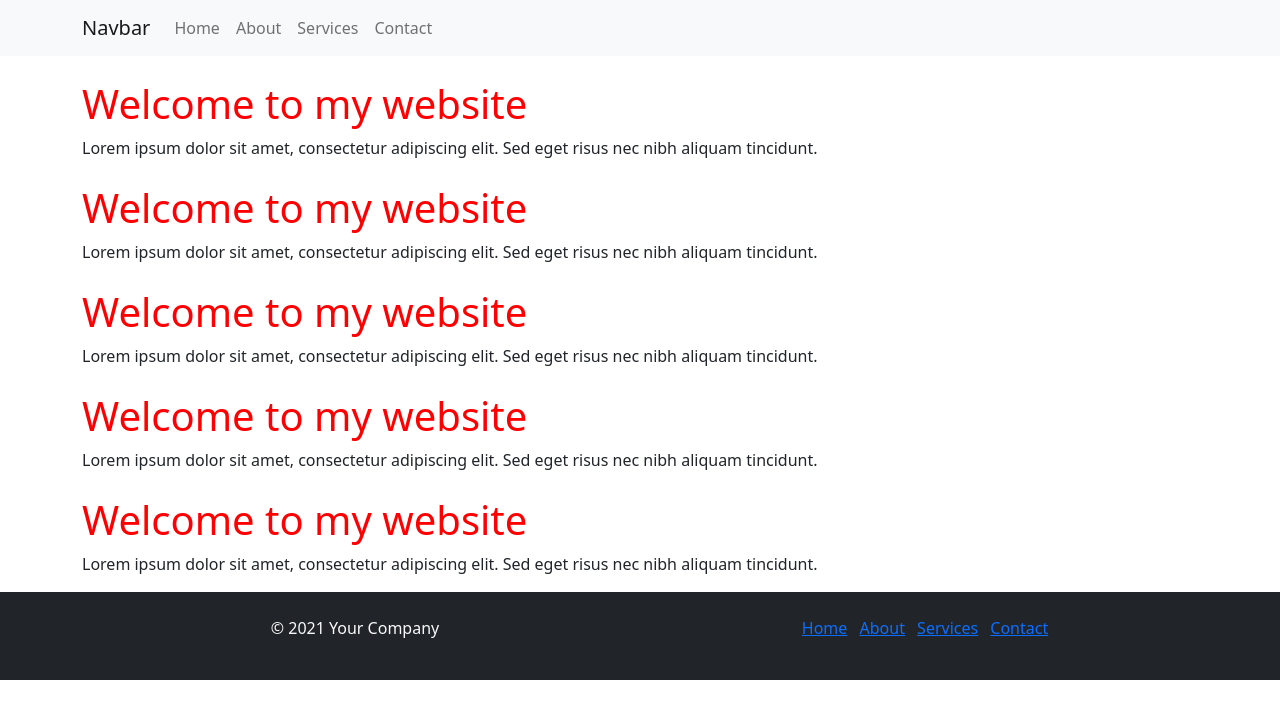
Repository: DongVersion2/laravel-test
Page: http://localhost/
These files come from the project's save history. The page is drawn as it stood at one moment and after the next save; the edit follows.
The browser window is 1280 px wide. The pictures show the whole page.
The page is served by the project's Laravel application, run on PHP 8.4 with Laravel 8. Other server files are loaded and not shown.

Above is the page before, as saved 2024-05-02 09:45:00.

### routes/web.php
<?php

use Illuminate\Support\Facades\Route;

/*
|--------------------------------------------------------------------------
| Web Routes
|--------------------------------------------------------------------------
|
| Here is where you can register web routes for your application. These
| routes are loaded by the RouteServiceProvider within a group which
| contains the "web" middleware group. Now create something great!
|
*/

Route::get('/', function () {
    // return view('welcome');
    return view('home');
});

### resources/views/home.blade.php
<!DOCTYPE html>
<html lang="en">
<head>
    <meta charset="UTF-8">
    <meta name="viewport" content="width=device-width, initial-scale=1.0">
    <meta http-equiv="X-UA-Compatible" content="ie=edge">
    <link href="https://cdn.jsdelivr.net/npm/bootstrap@5.0.2/dist/css/bootstrap.min.css" rel="stylesheet" integrity="sha384-EVSTQN3/azprG1Anm3QDgpJLIm9Nao0Yz1ztcQTwFspd3yD65VohhpuuCOmLASjC" crossorigin="anonymous">
    <link rel="stylesheet" href="{{asset('home.css')}}">
    <title>Document</title>
</head>
<body>
    <body>
        <nav class="navbar navbar-expand-lg navbar-light bg-light">
          <div class="container">
            <a class="navbar-brand" href="#">Navbar</a>
            <button class="navbar-toggler" type="button" data-bs-toggle="collapse" data-bs-target="#navbarNav" aria-controls="navbarNav" aria-expanded="false" aria-label="Toggle navigation">
              <span class="navbar-toggler-icon"></span>
            </button>
            <div class="collapse navbar-collapse" id="navbarNav">
              <ul class="navbar-nav">
                <li class="nav-item">
                  <a class="nav-link" href="#">Home</a>
                </li>
                <li class="nav-item">
                  <a class="nav-link" href="#">About</a>
                </li>
                <li class="nav-item">
                  <a class="nav-link" href="#">Services</a>
                </li>
                <li class="nav-item">
                  <a class="nav-link" href="#">Contact</a>
                </li>
              </ul>
            </div>
          </div>
        </nav>

        <div class="container mt-4">
          <h1>Welcome to my website</h1>
          <p>Lorem ipsum dolor sit amet, consectetur adipiscing elit. Sed eget risus nec nibh aliquam tincidunt.</p>
        </div>
        <div class="container mt-4">
            <h1>Welcome to my website</h1>
            <p>Lorem ipsum dolor sit amet, consectetur adipiscing elit. Sed eget risus nec nibh aliquam tincidunt.</p>
          </div>
          <div class="container mt-4">
            <h1>Welcome to my website</h1>
            <p>Lorem ipsum dolor sit amet, consectetur adipiscing elit. Sed eget risus nec nibh aliquam tincidunt.</p>
          </div>
          <div class="container mt-4">
            <h1>Welcome to my website</h1>
            <p>Lorem ipsum dolor sit amet, consectetur adipiscing elit. Sed eget risus nec nibh aliquam tincidunt.</p>
          </div>
          <div class="container mt-4">
            <h1>Welcome to my website</h1>
            <p>Lorem ipsum dolor sit amet, consectetur adipiscing elit. Sed eget risus nec nibh aliquam tincidunt.</p>
          </div>

        <footer class="bg-dark text-light text-center py-4">
          <div class="container">
            <div class="row">
              <div class="col-md-6">
                <p>&copy; 2021 Your Company</p>
              </div>
              <div class="col-md-6">
                <ul class="list-inline">
                  <li class="list-inline-item"><a href="#">Home</a></li>
                  <li class="list-inline-item"><a href="#">About</a></li>
                  <li class="list-inline-item"><a href="#">Services</a></li>
                  <li class="list-inline-item"><a href="#">Contact</a></li>
                </ul>
              </div>
            </div>
          </div>
        </footer>

        <script src="https://cdn.jsdelivr.net/npm/bootstrap@5.0.2/dist/js/bootstrap.bundle.min.js"></script>
      </body>

</body>
</html>

Loaded but not shown: public/home.css (common file)

After the next save:
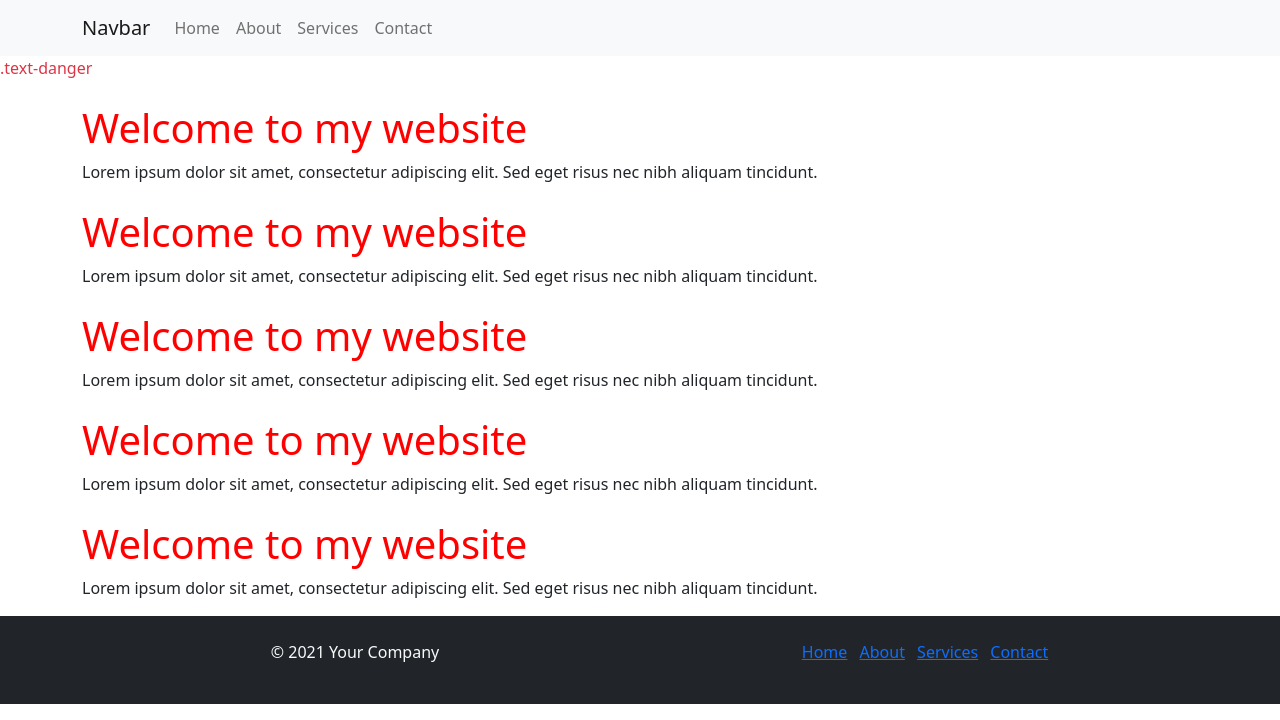
Saved 39 s later.
--- a/resources/views/home.blade.php
+++ b/resources/views/home.blade.php
@@ -34,7 +34,7 @@
             </div>
           </div>
         </nav>
-
+        <p class="text-danger">.text-danger</p>
         <div class="container mt-4">
           <h1>Welcome to my website</h1>
           <p>Lorem ipsum dolor sit amet, consectetur adipiscing elit. Sed eget risus nec nibh aliquam tincidunt.</p>
